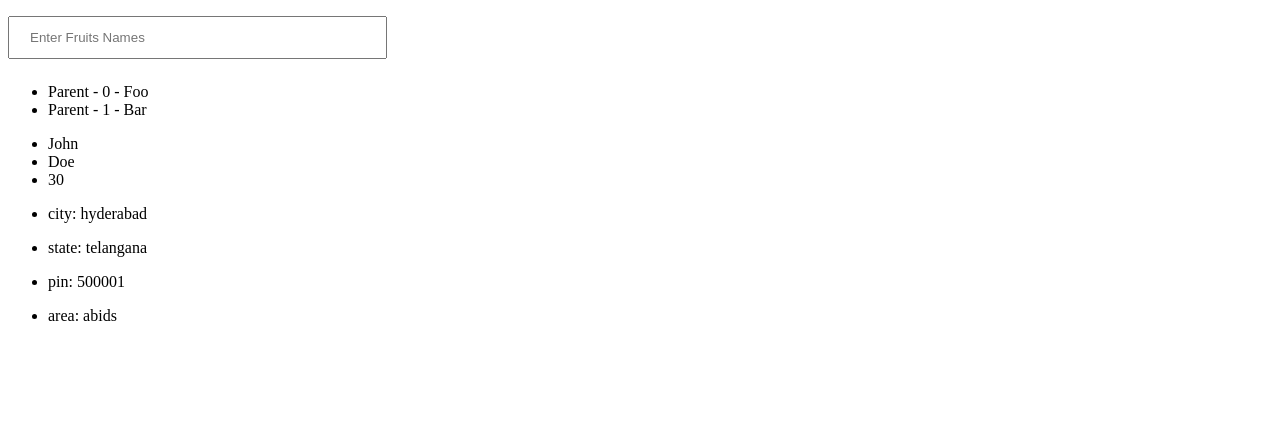
Repository: MeghaNagari/PracticeAtVMC
Page: Practice/VuePractice/WebContent/ListRendering.html
An editor plug-in stored every save of this project. The page is shown before and after the next save, followed by the edit.
The browser window is 1280 px wide. The pictures show the whole page.
Some web libraries are served in a nearby version.

Above is the page before, as saved 2018-03-20 05:21:21.

After the next save:
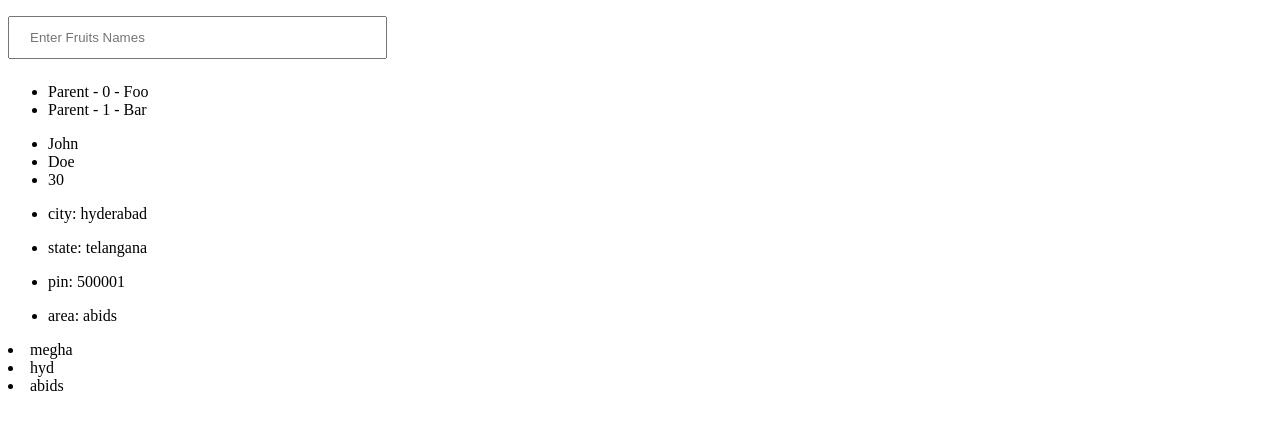
Saved 2 min 51 s later.
--- a/Practice/VuePractice/WebContent/ListRendering.html
+++ b/Practice/VuePractice/WebContent/ListRendering.html
@@ -55,7 +55,7 @@
 
 	<div id="test5">
 
-		<div v-for="item in address" :key="item.id">
+		<div v-for="item in items" :key="item.id">
 		<li>{{item}}</li>
 			<!-- content -->
 		</div>
